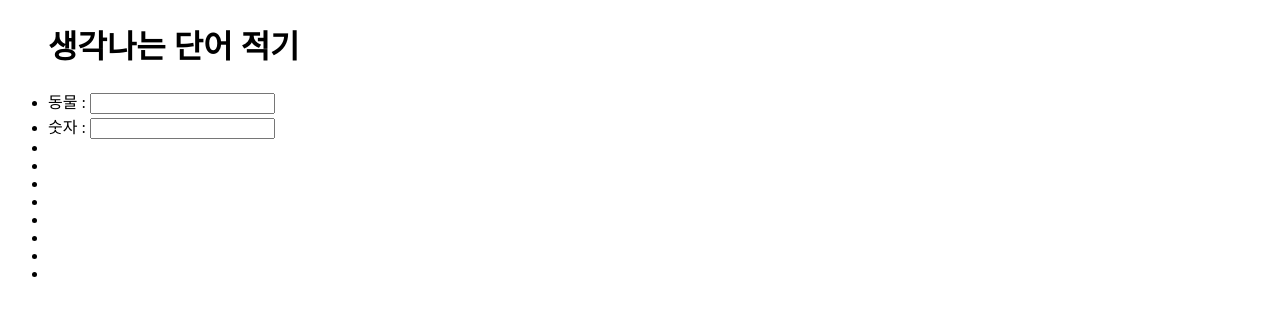
Repository: ham-zi/front-practice
Page: dynamic-workspace/MyFirstWebProject/src/main/webapp/views/request_get2.html
These files come from the project's save history. The page is drawn as it stood at one moment and after the next save; the edit follows.
The browser window is 1280 px wide. The pictures show the whole page.

Above is the page before, as saved 2026-05-04 08:13:32.

After the next save:
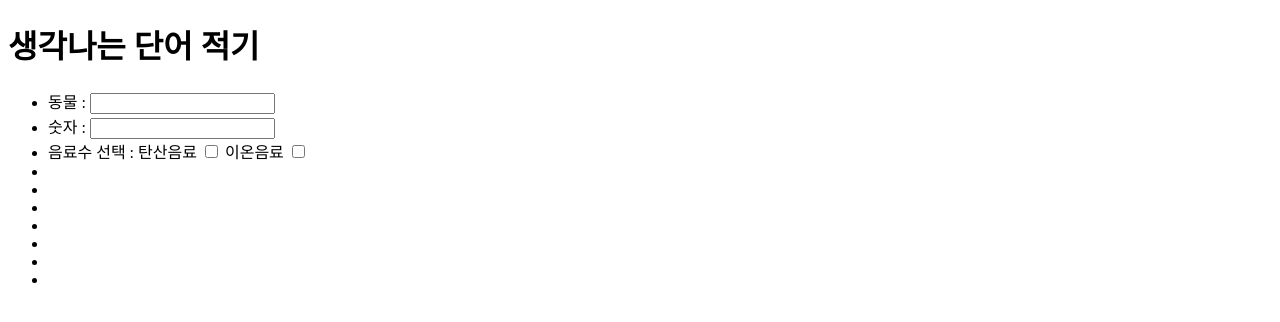
Saved 113 s later.
--- a/dynamic-workspace/MyFirstWebProject/src/main/webapp/views/request_get2.html
+++ b/dynamic-workspace/MyFirstWebProject/src/main/webapp/views/request_get2.html
@@ -8,15 +8,19 @@
 
 
 	<form method="get" action="second.do">
+			<h1>생각나는 단어 적기</h1>
 		<ul>
-			<h1>생각나는 단어 적기</h1>
 			<li>
 				동물 : <input type="text" name="animal"/>
 			</li>
 			<li>
 				숫자 : <input type="number" name="number"/>
 			</li>
-			<li></li>
+			<li>
+				음료수 선택 :
+				탄산음료 <input type="checkbox" name="drink" value="탄산음료"/>
+				이온음료 <input type="checkbox" name="drink" value="이온음료"/>
+			</li>
 			<li></li>
 			<li></li>
 			<li></li>
